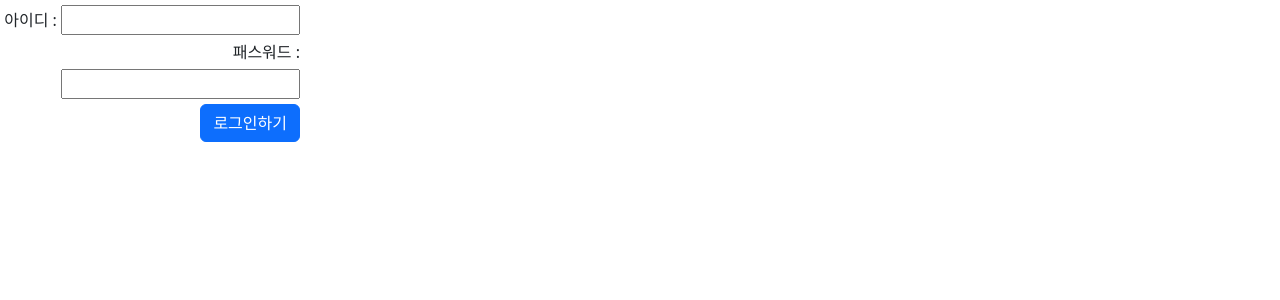
Repository: cheez0909/JSP
Page: http://localhost/1103/session/loginForm.jsp
The author's editor kept a copy of each file at every save. The page is drawn from the files as they stood at one save, then again after the next save.
The browser window is 1280 px wide. The pictures show the whole page.
The page is served by Tomcat 9. Other server files are loaded and not shown.

Above is the page before, as saved 2023-11-08 06:43:01.

### 1103/src/main/webapp/session/loginForm.jsp
<%@ page language="java" contentType="text/html; charset=UTF-8"
    pageEncoding="UTF-8"%>
<!DOCTYPE html>
<html>
<head>
<meta charset="UTF-8">
<title>Insert title here</title>
 <link href="https://cdn.jsdelivr.net/npm/bootstrap@5.3.1/dist/css/bootstrap.min.css" rel="stylesheet" integrity="sha384-4bw+/aepP/YC94hEpVNVgiZdgIC5+VKNBQNGCHeKRQN+PtmoHDEXuppvnDJzQIu9" crossorigin="anonymous">
</head>
<style>
div{
margin-left : 10px;
}
.alert{
	width : 300px;
	padding:10px;
	margin-top : 10px;
}
.login {
	text-align: right;
}

form {
width : 300px;
height: 450px;
}

input {
margin-bottom : 5px;
margin-top : 5px
}
</style>
<body>

<%
	String err = "";

	if("1".equals(request.getParameter("err"))){%>
	<div class="alert alert-danger" role="alert"><b>회원정보가 없습니다.</b></div>
	<%}
	if(err!=null){
		err = request.getParameter("err");
	}
%>
	<form action="LoginProcess.jsp" method="post" name="loginFrm" class="login"
        onsubmit="return validateForm(this);">
        아이디 : <input type="text" name="user_id" required="required"/><br />
        패스워드 : <input type="password" name="user_pw" required="required"/><br />
        <button type="submit" class="btn btn-primary" value="로그인하기">로그인하기</button>
    </form>
     <script src="https://cdn.jsdelivr.net/npm/bootstrap@5.3.1/dist/js/bootstrap.bundle.min.js" integrity="sha384-HwwvtgBNo3bZJJLYd8oVXjrBZt8cqVSpeBNS5n7C8IVInixGAoxmnlMuBnhbgrkm" crossorigin="anonymous"></script>
</body>
</html>

After the next save:
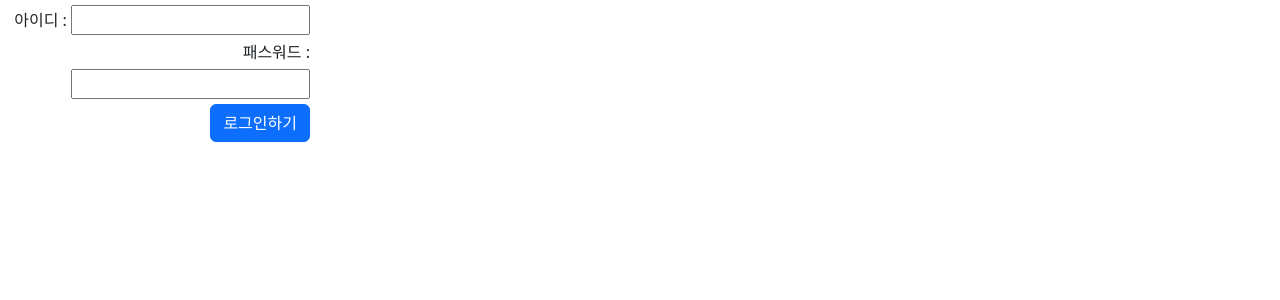
Saved 14 s later.
--- a/1103/src/main/webapp/session/loginForm.jsp
+++ b/1103/src/main/webapp/session/loginForm.jsp
@@ -8,7 +8,7 @@
  <link href="https://cdn.jsdelivr.net/npm/bootstrap@5.3.1/dist/css/bootstrap.min.css" rel="stylesheet" integrity="sha384-4bw+/aepP/YC94hEpVNVgiZdgIC5+VKNBQNGCHeKRQN+PtmoHDEXuppvnDJzQIu9" crossorigin="anonymous">
 </head>
 <style>
-div{
+div, form{
 margin-left : 10px;
 }
 .alert{
